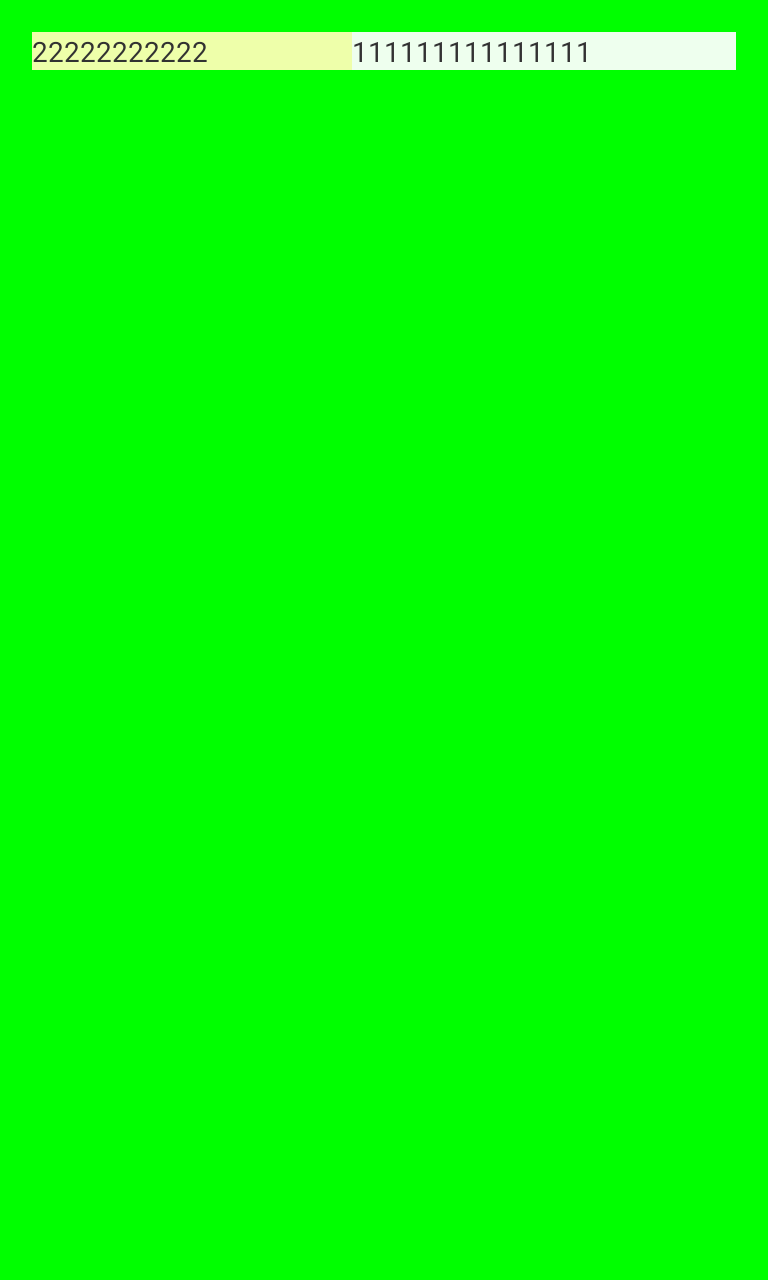
Repository: founderzhl/MarsAndroid
Layout: S01_E12_Weight/res/layout/activity_main.xml
An editor plug-in stored every save of this project. The layout is shown before and after the next save, followed by the edit.
It is drawn on a 768 x 1280 px phone screen (xhdpi) without system bars, with theme AppTheme; the app's code is not run.

Above is the layout before, as saved 2015-01-15 16:05:39.

After the next save:
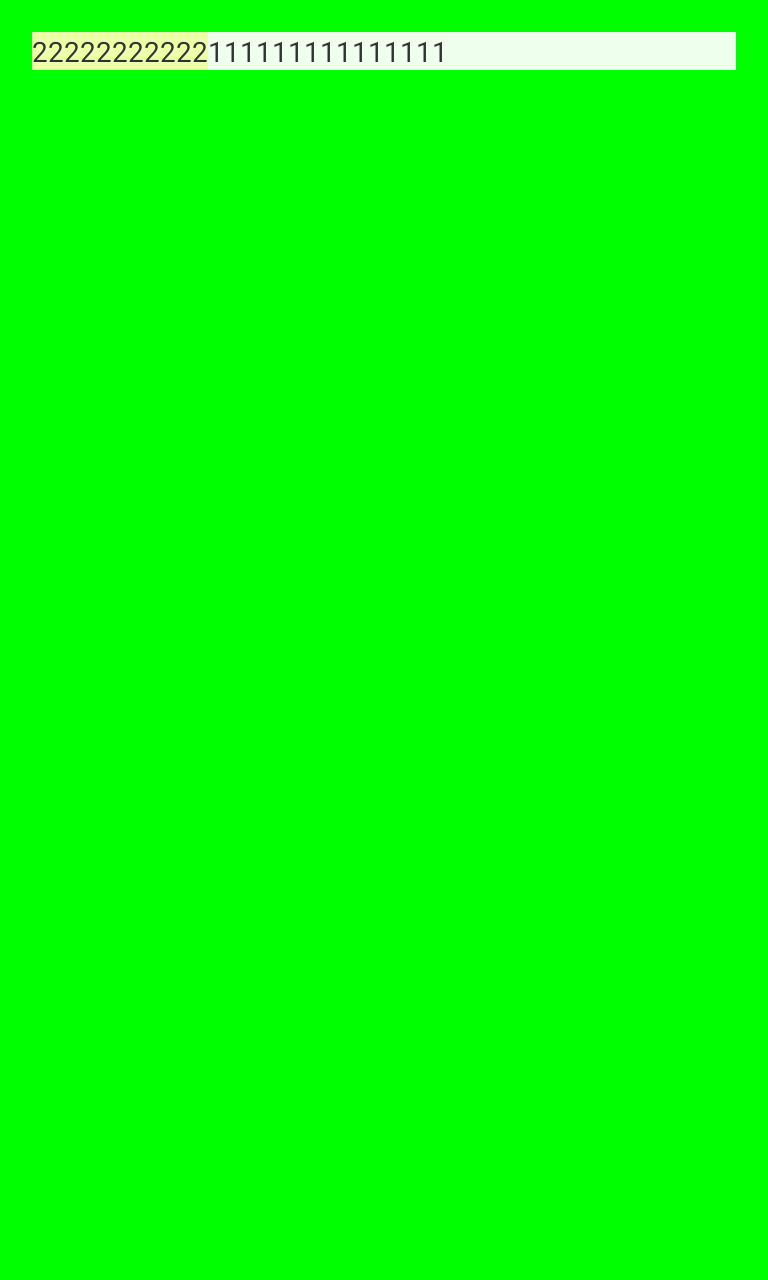
Saved 11 s later.
--- a/S01_E12_Weight/res/layout/activity_main.xml
+++ b/S01_E12_Weight/res/layout/activity_main.xml
@@ -10,14 +10,13 @@
     android:paddingTop="@dimen/activity_vertical_margin"
     tools:context="com.example.s01_e12_weight.MainActivity" >
 
-        <LinearLayout
+    <LinearLayout
         android:layout_width="match_parent"
         android:layout_height="match_parent" >
 
         <TextView
             android:layout_width="wrap_content"
             android:layout_height="wrap_content"
-            android:layout_weight="1"
             android:background="#eeffaa"
             android:text="22222222222" />
 
